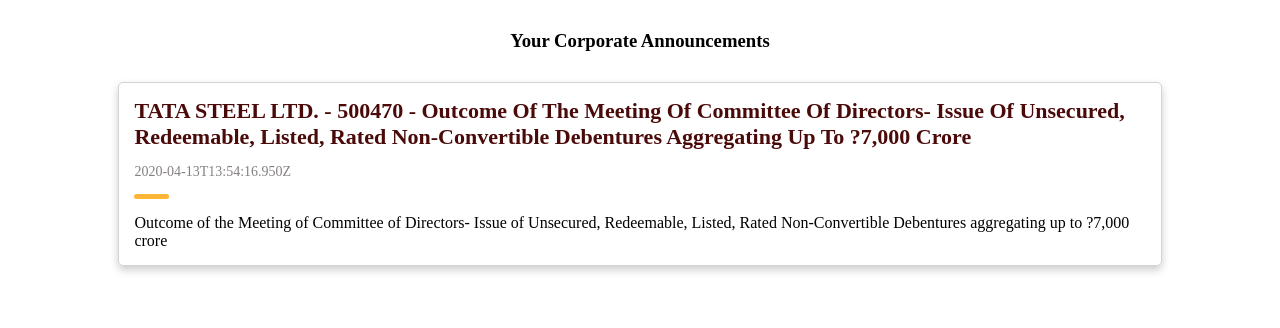
Repository: bhumikagohil/announcements
Page: card1.html
The author's editor kept a copy of each file at every save. The page is drawn from the files as they stood at one save, then again after the next save.
The browser window is 1280 px wide. The pictures show the whole page.
The page's requests for data from a server got no answer.

Above is the page before, as saved 2021-05-10 13:39:55.

### card1.html
<!DOCTYPE html>
<html>

<head>
    <meta name="viewport" content="width=device-width, initial-scale=1">
    <link rel="stylesheet" type="text/css" href="card1.css" />
</head>

<body>

    <div class="header-container">
        <h3 class="heading">Your Corporate Announcements</h3>
    </div>

    <div class="cards-container">
        <div class="card">
            <h5 class="title"> TATA STEEL LTD. - 500470 - Outcome Of The Meeting Of Committee Of Directors- Issue Of
                Unsecured, Redeemable, Listed, Rated
                Non-Convertible Debentures Aggregating Up To ?7,000 Crore</h5>
            <p class="time">2020-04-13T13:54:16.950Z</p>
            <hr />
            <div class="summary">
                Outcome of the Meeting of Committee of Directors- Issue of Unsecured, Redeemable, Listed, Rated
                Non-Convertible Debentures aggregating up to ?7,000 crore
            </div>
        </div>
    </div>


</body>
<script>

    const endpoint = "https://picsum.photos/v2/list";

    fetch(endpoint)
        .then(function (response) {
            return response.json();
        })
        .then(function (data) {
            const newCard = data.map(item => {
                return `
                <div class="card" id=${item.news_id}>
                    <h5 class="title">
                        ${item.author}
                    </h5>
                    <p class="time">
                        ${item.width}
                    </p>
                    <hr/>
                    <p class="summary">
                        ${item.url}
                    </p>
                </div>
                `
            })

            // document.querySelector(".cards-container").insertAdjacentHTML("afterbegin", newCard);
        })
        .catch(function (err) {
            console.log('error: ' + err);
        });

</script>


</html>

### card1.css
/* Header */
.header-container {
  width: 80%;
  margin: 30px auto;
}

.heading {
  text-align: center;
}

/* Card */
.cards-container {
  width: 100%;
}

.card {
  padding: 15px;
  box-shadow: 0 4px 8px 0 rgb(0 0 0 / 20%);
  width: 80%;
  border: 1px solid #d3d3d3;
  border-radius: 5px;
  margin: auto;
  margin-bottom: 10px;
}

.title {
  font-weight: bolder;
  font-size: 22px;
  margin-block: 0;
  color: #4b0a0a;
}

hr {
  content: "";
  height: 5px;
  background: #ffb535;
  width: 35px;
  border-radius: 3px;
  margin-left: 0;
  border: none;
}

.time {
  font-size: 14px;
  color: #858080;
}

.summary {
  overflow-x: auto;
  margin-top: 15px;
}

@media only screen and (max-width: 768px) {
  .title {
    font-size: 14px;
  }
}

After the next save:
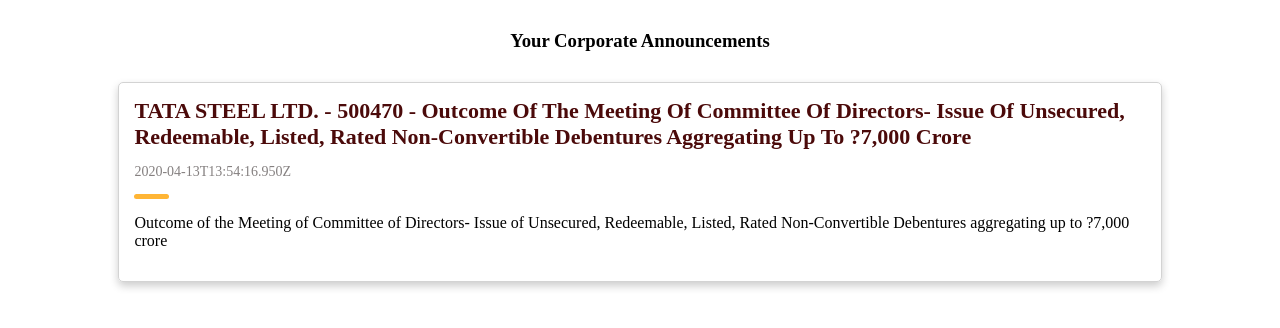
Saved 45 s later.
--- a/card1.html
+++ b/card1.html
@@ -19,10 +19,10 @@
                 Non-Convertible Debentures Aggregating Up To ?7,000 Crore</h5>
             <p class="time">2020-04-13T13:54:16.950Z</p>
             <hr />
-            <div class="summary">
+            <p class="summary">
                 Outcome of the Meeting of Committee of Directors- Issue of Unsecured, Redeemable, Listed, Rated
                 Non-Convertible Debentures aggregating up to ?7,000 crore
-            </div>
+            </p>
         </div>
     </div>
 
